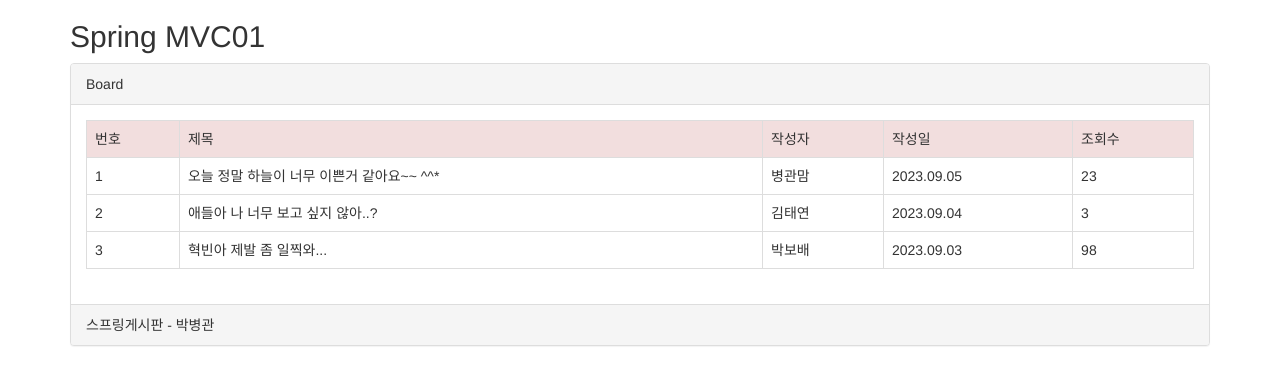
Repository: juhyun98/Spring
Page: http://localhost/SpringMVC01/boardList.do
An editor plug-in stored every save of this project. The page is shown before and after the next save, followed by the edit.
The browser window is 1280 px wide. The pictures show the whole page.
The page is served by Tomcat 9. Other server files are loaded and not shown.

Above is the page before, as saved 2023-09-05 02:13:15.

### SpringMVC01/src/main/webapp/WEB-INF/views/boardList.jsp
<%@ page language="java" contentType="text/html; charset=UTF-8"
	pageEncoding="UTF-8"%>
<%@ taglib prefix="c" uri="http://java.sun.com/jsp/jstl/core" %>
<!DOCTYPE html>
<html>
<head>
<meta charset="UTF-8">
<link rel="stylesheet" href="https://maxcdn.bootstrapcdn.com/bootstrap/3.4.1/css/bootstrap.min.css">
<script src="https://ajax.googleapis.com/ajax/libs/jquery/3.6.4/jquery.min.js"></script>
<script src="https://maxcdn.bootstrapcdn.com/bootstrap/3.4.1/js/bootstrap.min.js"></script>
<title>Insert title here</title>
</head>
<body>

	<div class="container">
		<h2>Spring MVC01</h2>
		<div class="panel panel-default">
			<div class="panel-heading">Board</div>
			<div class="panel-body">
				<table class="table table-bordered table-hover">
					<tr class="danger">
						<td>번호</td>
						<td>제목</td>
						<td>작성자</td>
						<td>작성일</td>
						<td>조회수</td>
					</tr>

					<tr>
						<td>1</td>
						<td>오늘 정말 하늘이 너무 이쁜거 같아요~~ ^^*</td>
						<td>병관맘</td>
						<td>2023.09.05</td>
						<td>23</td>
					</tr>

					<tr>
						<td>2</td>
						<td>애들아 나 너무 보고 싶지 않아..?</td>
						<td>김태연</td>
						<td>2023.09.04</td>
						<td>3</td>
					</tr>

					<tr>
						<td>3</td>
						<td>혁빈아 제발 좀 일찍와...</td>
						<td>박보배</td>
						<td>2023.09.03</td>
						<td>98</td>
					</tr>

				</table>
			</div>
			<div class="panel-footer">스프링게시판 - 박병관</div>
		</div>
	</div>

</body>
</html>

After the next save:
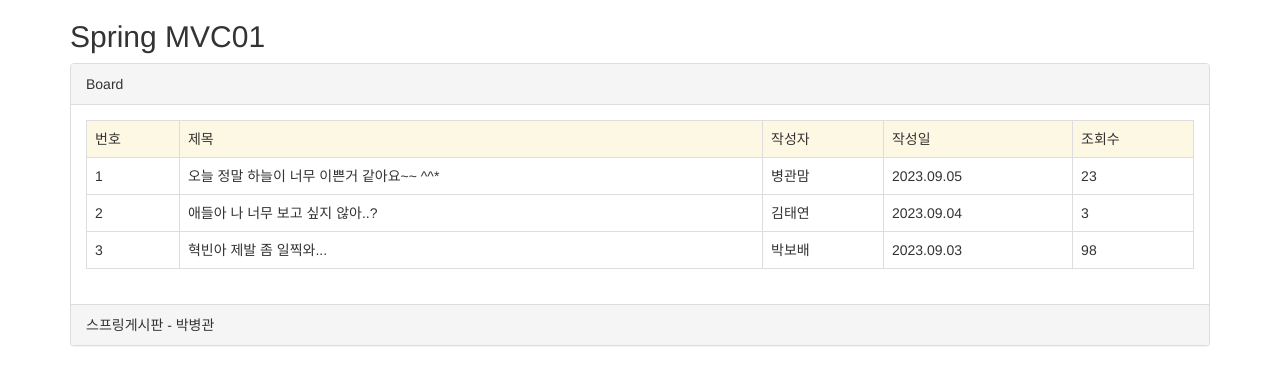
Saved 7 s later.
--- a/SpringMVC01/src/main/webapp/WEB-INF/views/boardList.jsp
+++ b/SpringMVC01/src/main/webapp/WEB-INF/views/boardList.jsp
@@ -18,7 +18,7 @@
 			<div class="panel-heading">Board</div>
 			<div class="panel-body">
 				<table class="table table-bordered table-hover">
-					<tr class="danger">
+					<tr class="warning">
 						<td>번호</td>
 						<td>제목</td>
 						<td>작성자</td>
